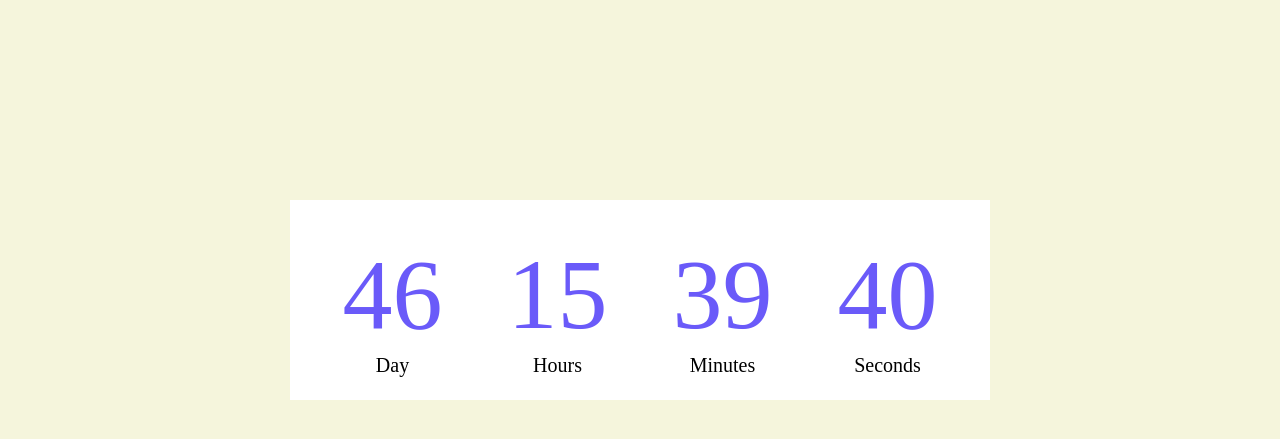
Repository: tienbkvn0605/counddown-demo
Page: index.html
An editor plug-in stored every save of this project. The page is shown before and after the next save, followed by the edit.
The browser window is 1280 px wide. The pictures show the whole page.

Above is the page before, as saved 2023-01-28 23:56:31.

After the next save:
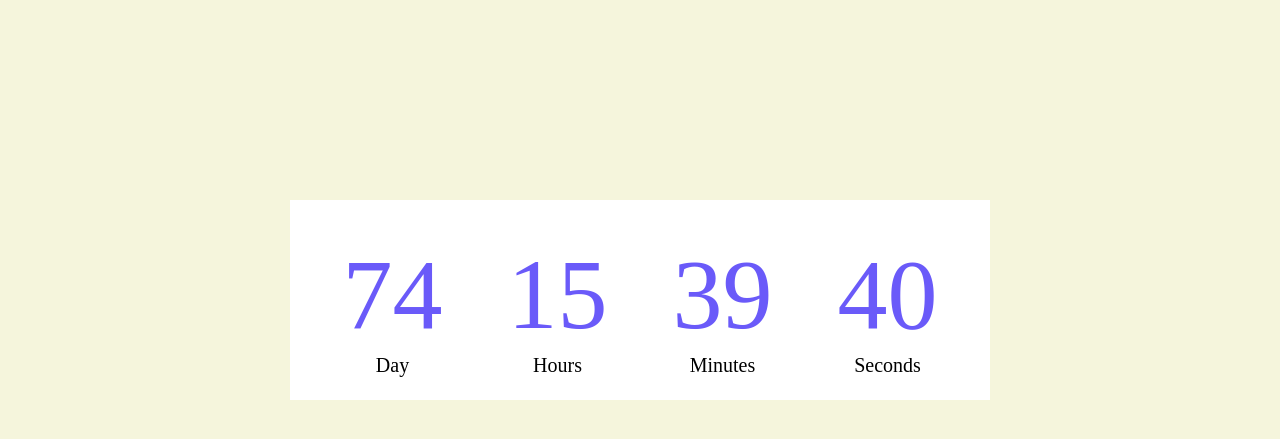
Saved 20 s later.
--- a/app2.js
+++ b/app2.js
@@ -30,7 +30,7 @@ window.addEventListener("load", function () {
       }
     }, 1000);
   }
-  countDow("Sat Feb 28 2023 23:55:50 GMT+0900 (Japan Standard Time)");
+  countDow("Sat Mar 28 2023 23:55:50 GMT+0900 (Japan Standard Time)");
 });
 
 // countDown("Wed Oct 07 2022 00:00:00 GMT+0900 (Japan Standard Time)");
